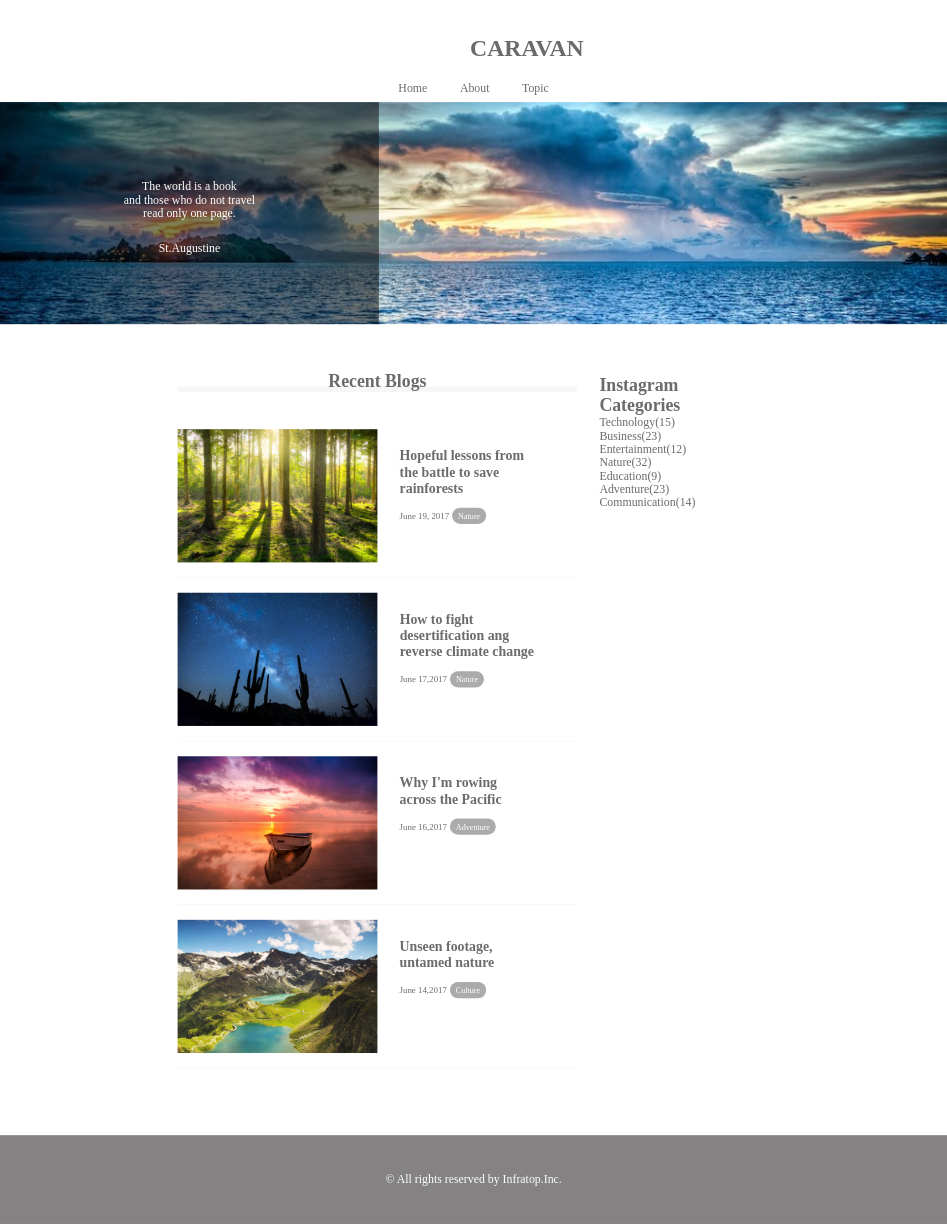
Repository: takanauti/task
Page: caravan/index.html
The author's editor kept a record of every edit. The page is drawn from the files as they stood at one moment, then again after the next edit.
The browser window is 1280 px wide. The pictures show the whole page, at 74% of full size.

Above is the page before.

After the next edit:
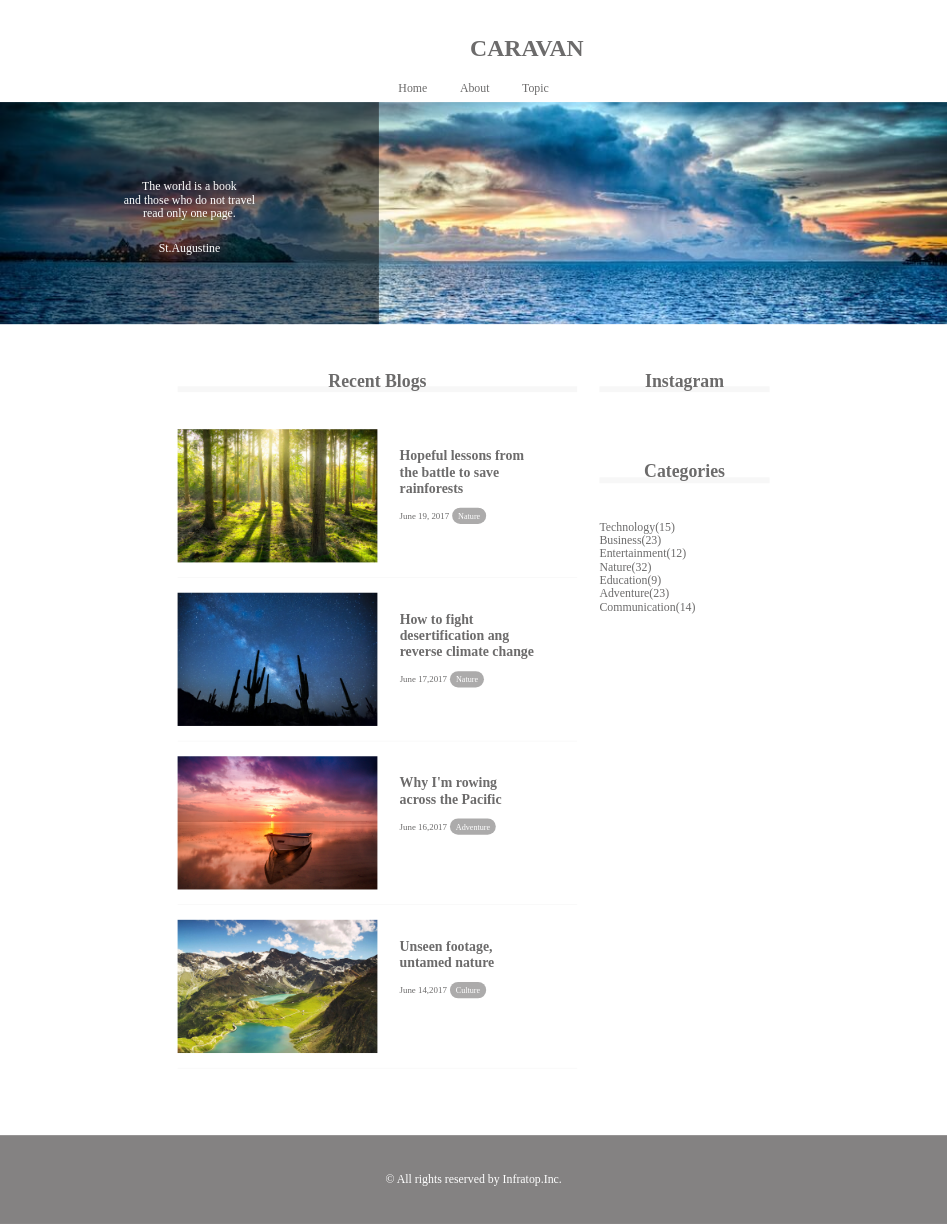
The edit:
--- a/caravan/style.css
+++ b/caravan/style.css
@@ -120,6 +120,16 @@ main{
   width: 230px;
 }
 
+.common-heading{
+  border-bottom: 8px solid #f7f7f7;
+  text-align: center;
+  line-height: 0.6;
+}
+
+.sidebar-contents{
+  padding: 50px 0;
+}
+
 footer {
   width: 100%;
   height: 120px;
